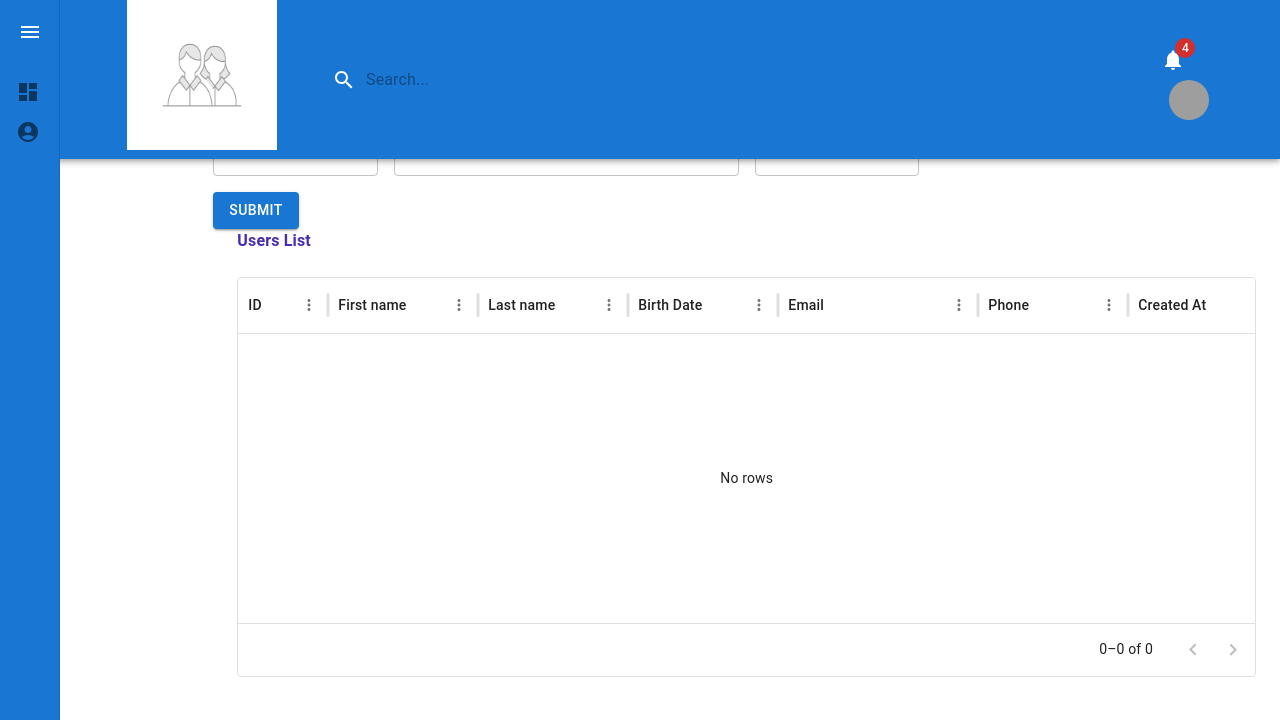
Repository: lenx0/front-client-manager
Page: /
An editor plug-in stored every save of this project. The page is shown before and after the next save, followed by the edit.
The browser window is 1280 px wide. The pictures show the whole page.
Pictures or frames that could not be fetched are drawn as grey boxes. The page's requests for data from a server got no answer. The project was rebuilt for these pictures with package versions that can differ from the ones it lists, and the page was loaded fresh each time. No one was signed in, and anything a server would have sent is missing. Also part of the build but not shown: vite.config.js, src/App.css.

Above is the page before, as saved 2024-06-25 13:01:40.

### index.html
<!doctype html>
<html lang="en">
  <head>
    <meta charset="UTF-8" />
    <meta name="viewport" content="width=device-width, initial-scale=1.0" />
    <title>Client Manager</title>
  </head>
  <body>
    <div id="root"></div>
    <script type="module" src="/src/main.jsx"></script>
  </body>
</html>

### src/App.jsx
import { Box, Grid } from '@mui/material'
import './App.css'
import UserForm from './components/UserForm'
import UserList from './components/UserList'
import Header from './components/Layout/Header'
import Sidebar from './components/Layout/Sidebar'

function App() {

  return (
    <Grid container>
      <Grid item xs={12}>
        <Header />
      </Grid>
      <Grid item xs={2}>
        <Sidebar />
      </Grid>
      <Grid item xs={10}>
        <UserForm />
        <UserList />
      </Grid>
    </Grid>
  )
}

export default App

### src/components/UserForm.jsx
import React from 'react';
import { useForm } from 'react-hook-form';
import CustomInput from './CustomInput';
import { Button, Grid, Typography } from '@mui/material';
import axios from 'axios';

const UserForm = () => {
  const { handleSubmit, control, reset } = useForm();

  const onSubmit = async (data) => {
    try {
      const response = await axios.post('http://localhost:3100/v1/users/create', data);
      console.log('Dados enviados com sucesso:', response.data);
      reset();
    } catch (error) {
      console.error('Erro ao enviar dados:', error);
    }
  };

  return (
    <Grid container direction="column" xs={12}>
      <Typography fontWeight={700} pb={3} color="#492cb3">
        General Details
      </Typography>
      <form onSubmit={handleSubmit(onSubmit)}>
        <Grid container spacing={2}>
          <Grid item xs={6}>
            <CustomInput
              name="firstName"
              control={control}
              label="First Name"
              rules={{ required: 'First name is required' }}
            />
          </Grid>
          <Grid item xs={6}>
            <CustomInput
              name="lastName"
              control={control}
              label="Last Name"
              rules={{ required: 'Last name is required' }}
            />
          </Grid>
          <Grid item xs={2}>
            <CustomInput
              name="birthDate"
              control={control}
              label="Birth Date"
              placeHolder="none"
              type="date"
              rules={{ required: 'Birth date is required' }}
              defaultValue=""
            />
          </Grid>
          <Grid item xs={4}>
            <CustomInput
              name="email"
              control={control}
              label="Email"
              type="email"
              rules={{
                required: 'Email is required',
                pattern: {
                  value: /^[a-zA-Z0-9_.+-]+@[a-zA-Z0-9-]+\.[a-zA-Z0-9-.]+$/,
                  message: 'Enter a valid email address',
                },
              }}
            />
          </Grid>
          <Grid item xs={2}>
            <CustomInput
              name="phone"
              control={control}
              label="Phone"
              rules={{ required: 'Phone number is required' }}
            />
          </Grid>
          <Grid item xs={12}>
            <Button type="submit" variant="contained" color="primary">
              Submit
            </Button>
          </Grid>
        </Grid>
      </form>
    </Grid>
  );
};

export default UserForm;

### src/components/UserList/index.jsx
import React, { useState, useEffect } from 'react';
import { DataGrid } from '@mui/x-data-grid';
import axios from 'axios';
import { Box, Container, Typography } from '@mui/material';

const UserList = () => {
  const [users, setUsers] = useState([]);
  const [loading, setLoading] = useState(true);

  useEffect(() => {
    const fetchUsers = async () => {
      try {
        const response = await axios.get('http://localhost:3100/v1/users/list');
        setUsers(response.data);
        setLoading(false);
      } catch (error) {
        console.error('Erro ao buscar usuários:', error);
        setLoading(false);
      }
    };

    fetchUsers();
  }, []);

  const columns = [
    { field: 'id', headerName: 'ID', width: 90 },
    { field: 'firstName', headerName: 'First name', width: 150 },
    { field: 'lastName', headerName: 'Last name', width: 150 },
    { field: 'birthDate', headerName: 'Birth Date', width: 150 },
    { field: 'email', headerName: 'Email', width: 200 },
    { field: 'phone', headerName: 'Phone', width: 150 },
    { field: 'moment', headerName: 'Created At', width: 180 },
  ];

  const rows = users.map((user, index) => ({
    id: index + 1,
    ...user,
  }));

  return (
    <Container>
      <Typography fontWeight={700} pb={3} color="#492cb3">Users List</Typography>
      <Box style={{ height: 400, width: '100%' }}>
        <DataGrid
          rows={rows}
          columns={columns}
          pageSize={5}
          rowsPerPageOptions={[5]}
          loading={loading}
          pagination
          paginationMode="client"
          initialState={{
            pagination: {
              paginationModel: { page: 1, pageSize: 5 }
            },
            sorting: {
              sortModel: [{ field: 'orderDate', sort: 'desc' }]
            }
          }}
        />
      </Box>
    </Container>
  );
};

export default UserList;

### src/components/Layout/Header.jsx
import React from 'react';
import { AppBar, Toolbar, Typography, InputBase, IconButton, Badge, Avatar, Grid } from '@mui/material';
import { Menu as MenuIcon, Search as SearchIcon, Notifications as NotificationsIcon, AccountCircle as AccountCircleIcon } from '@mui/icons-material';

const Header = () => {
  return (
    <AppBar position="fixed" sx={{ bgcolor: 'primary.main' }}>
      <Toolbar>
        <Grid container alignItems="center">
          <Grid item xs={1}>
            <IconButton
              size="large"
              edge="start"
              color="inherit"
              aria-label="open drawer"
            >
              <MenuIcon />
            </IconButton>
          </Grid>
          <Grid item xs={2}>
            <Typography variant="h6" noWrap>
              <img width={150} height={150} src="/logo/user.png"/>
            </Typography>
          </Grid>
          <Grid item xs={8}>
            <div style={{ display: 'flex', alignItems: 'center' }}>
              <SearchIcon style={{ marginRight: '10px' }} />
              <InputBase
                placeholder="Search..."
                inputProps={{ 'aria-label': 'search' }}
                fullWidth
              />
            </div>
          </Grid>
          <Grid item xs={1}>
            <IconButton color="inherit">
              <Badge badgeContent={4} color="error">
                <NotificationsIcon />
              </Badge>
            </IconButton>
            <Avatar alt="User Avatar" src="/avatar.jpg" sx={{ ml: 2 }} />
          </Grid>
        </Grid>
      </Toolbar>
    </AppBar>
  );
};

export default Header;

### src/components/Layout/Sidebar.jsx
import React, { useState } from 'react';
import { Drawer, List, ListItem, ListItemIcon, ListItemText, IconButton } from '@mui/material';
import { Dashboard as DashboardIcon, AccountCircle as AccountCircleIcon, Menu as MenuIcon } from '@mui/icons-material';

const Sidebar = () => {
    const [open, setOpen] = useState(false);

    const toggleDrawer = () => {
        setOpen(!open);
    };

    const handleListItemClick = () => {
        setOpen(true); // Expande o Drawer ao clicar em qualquer item da lista
    };

    return (
        <Drawer
            variant="permanent"
            sx={{
                width: open ? 240 : 60,
                flexShrink: 0,
                '& .MuiDrawer-paper': {
                    width: open ? 240 : 60,
                    boxSizing: 'border-box',
                    transition: 'width 0.3s ease-in-out',
                    bgcolor: 'primary.main',
                    color: 'white',
                },
            }}
        >
            <div style={{ display: 'flex', justifyContent: 'center', alignItems: 'center', height: '64px' }}>
                <IconButton onClick={toggleDrawer} sx={{ color: 'white' }}>
                    <MenuIcon />
                </IconButton>
            </div>
            <List>
                <ListItem button onClick={handleListItemClick}>
                    <ListItemIcon>
                        <DashboardIcon />
                    </ListItemIcon>
                    {open && <ListItemText primary="Dashboard" />}
                </ListItem>
                <ListItem button onClick={handleListItemClick}>
                    <ListItemIcon>
                        <AccountCircleIcon />
                    </ListItemIcon>
                    {open && <ListItemText primary="Profile" />}
                </ListItem>
            </List>
        </Drawer>
    );
};

export default Sidebar;

### src/components/CustomInput.jsx
import React from 'react';
import { Controller } from 'react-hook-form';
import TextField from '@mui/material/TextField';

const CustomInput = ({ name, control, label, type = 'text', rules, defaultValue = '' }) => {
  return (
    <Controller
      name={name}
      control={control}
      defaultValue={defaultValue}
      rules={rules}
      render={({ field, fieldState: { error } }) => (
        <TextField
          {...field}
          label={label}
          type={type}
          error={!!error}
          helperText={error ? error.message : null}
          variant="outlined"
          InputLabelProps={type === 'date' ? { shrink: true } : {}}
          fullWidth
        />
      )}
    />
  );
};

export default CustomInput;

Loaded but not shown: src/main.jsx (common file); src/index.css (common file)

After the next save:
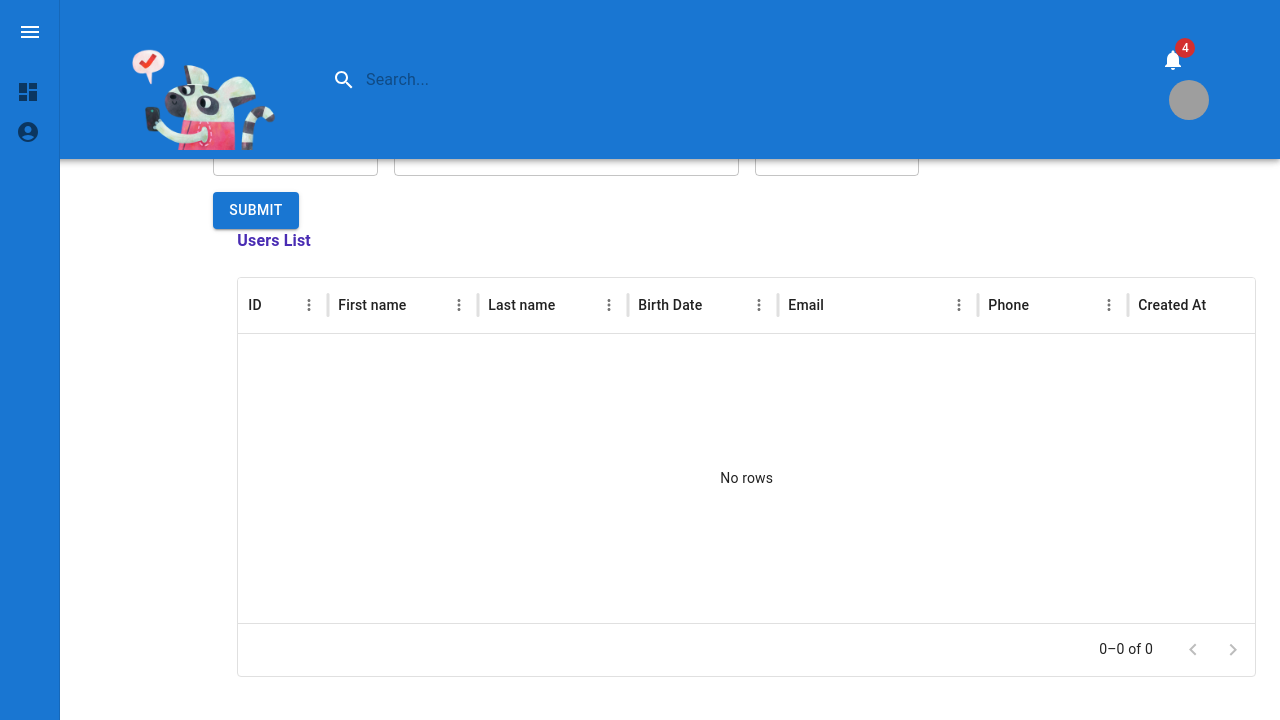
Saved 4 min 47 s later.
--- a/src/components/Layout/Header.jsx
+++ b/src/components/Layout/Header.jsx
@@ -19,7 +19,7 @@ const Header = () => {
           </Grid>
           <Grid item xs={2}>
             <Typography variant="h6" noWrap>
-              <img width={150} height={150} src="/logo/user.png"/>
+              <img width={150} height={150} src="/images/jungle-message-sent-2.png"/>
             </Typography>
           </Grid>
           <Grid item xs={8}>
